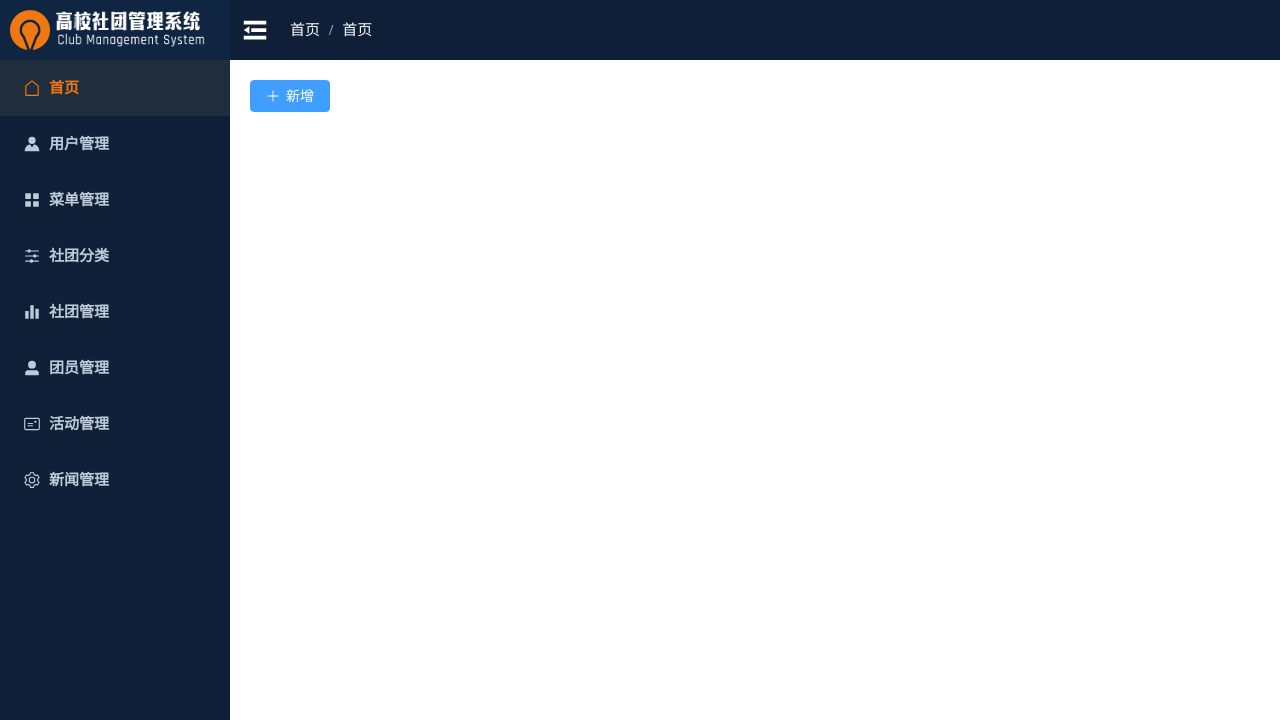
Repository: SanaatanX/Web-Engineering
Page: /home (app in 后台管理系统/team-admin/)
These files come from the project's save history. The page is drawn as it stood at one moment and after the next save; the edit follows.
The browser window is 1280 px wide. The pictures show the whole page.
The project was rebuilt for these pictures with package versions that can differ from the ones it lists, and the page was loaded fresh each time. Also part of the build but not shown: 后台管理系统/team-admin/vite.config.ts.

Above is the page before, as saved 2025-05-14 21:39:07.

After the next save:
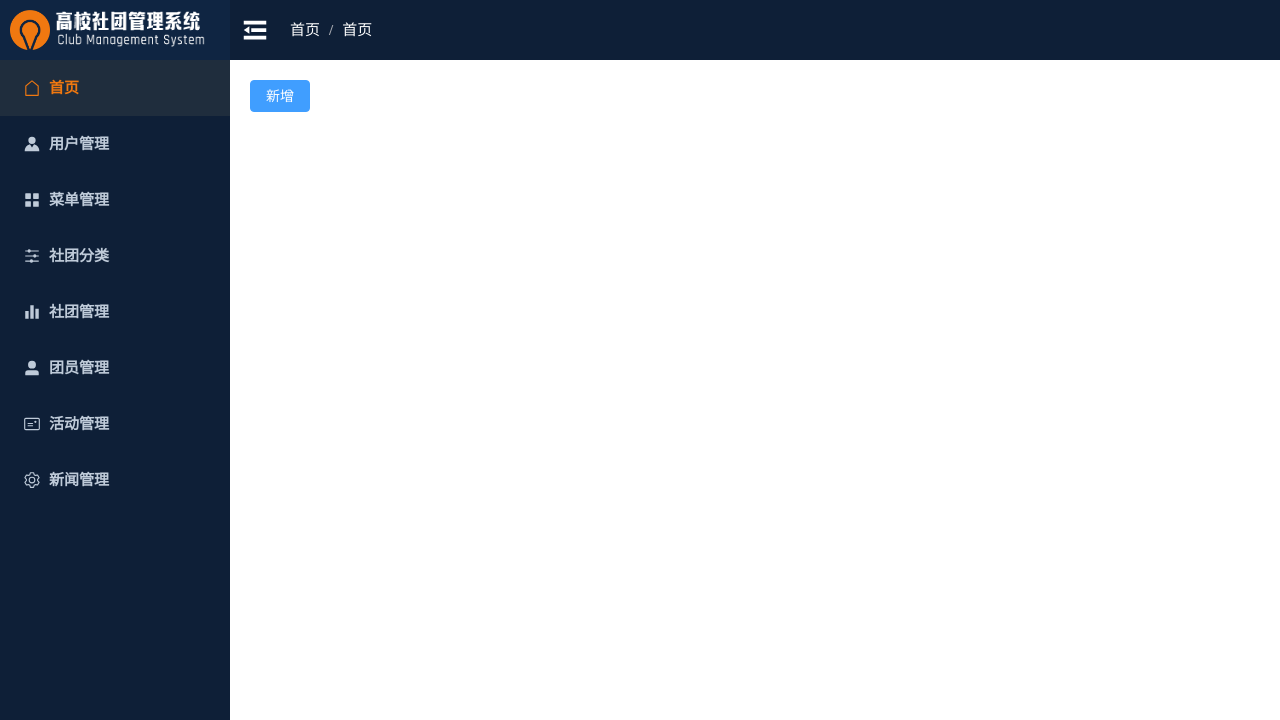
Saved 61 s later.
--- a/后台管理系统/team-admin/src/views/home/index.vue
+++ b/后台管理系统/team-admin/src/views/home/index.vue
@@ -1,46 +1,39 @@
 <template>
   <div>
-    <el-button type="primary" icon="Plus" size="default" @click="addBtn"
-      >新增</el-button
+    <el-button type="primary" size="default" @click="onShow">新增</el-button>
+    <!-- 弹框组件 -->
+    <SysDialog
+      :title="dialog.title"
+      :visible="dialog.visible"
+      @onClose="onClose"
+      @onConfirm="onConfirm"
     >
+      <template v-slot:content> 弹框测试 </template>
+    </SysDialog>
   </div>
-  <SysDialog
-    :title="dialog.title"
-    :visible="dialog.visible"
-    :width="dialog.width"
-    :height="dialog.height"
-    @onClose="onClose"
-    @onConfirm="onConfirm"
-  >
-    <template v-slot:content>
-        弹框测试
-    </template>
-  </SysDialog>
 </template>
 
 <script setup lang="ts">
+import SysDialog from "@/components/SysDialog.vue";
 import { reactive } from "vue";
-import SysDialog from "@/components/SysDialog.vue";
-//弹框属性
-const dialog = reactive({
-  title: "新增",
-  visible: false,
-  width: 630,
-  height: 280,
-});
-//弹框关闭
-const onClose = () => {
-  dialog.visible = false;
-};
-//弹框确定
-const onConfirm = () => {
-  dialog.visible = false;
-};
-//按钮点击事件
-const addBtn = () => {
-  dialog.title = "新增数据";
-  dialog.visible = true;
-};
+import  useDialog  from "@/hooks/useDialog";
+//获取弹框属性
+const {dialog,onClose,onConfirm,onShow} = useDialog()
+// //弹框属性
+// const dialog = reactive({
+//   title: "新增",
+//   visible: false,
+// });
+//新增按钮点击事件
+// const addBtn = () => {
+//     dialog.visible = true
+// };
+// const onClose = () => {
+//     dialog.visible = false
+// };
+// const onConfirm = () => {
+//     dialog.visible = false
+// };
 </script>
 
 <style scoped></style>
